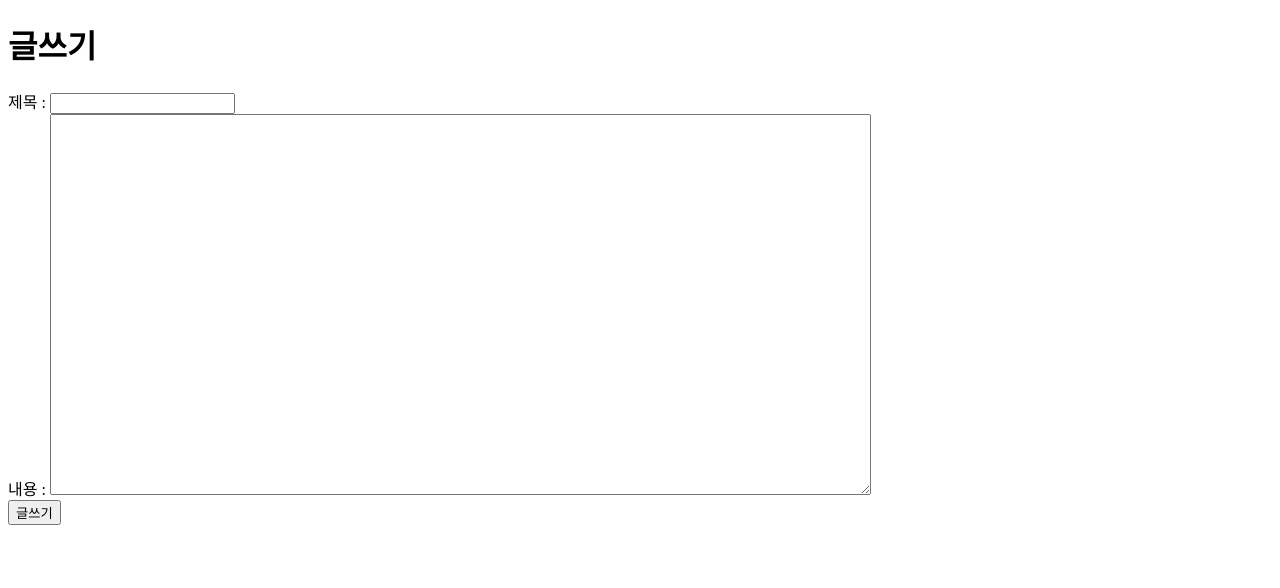
Repository: Bigdog93/WebworkspacePT
Page: http://localhost/BoardVer3/write
These files come from the project's save history. The page is drawn as it stood at one moment and after the next save; the edit follows.
The browser window is 1280 px wide. The pictures show the whole page.
The page is served by Tomcat 9.

Above is the page before, as saved 2021-04-28 01:39:09.

After the next save:
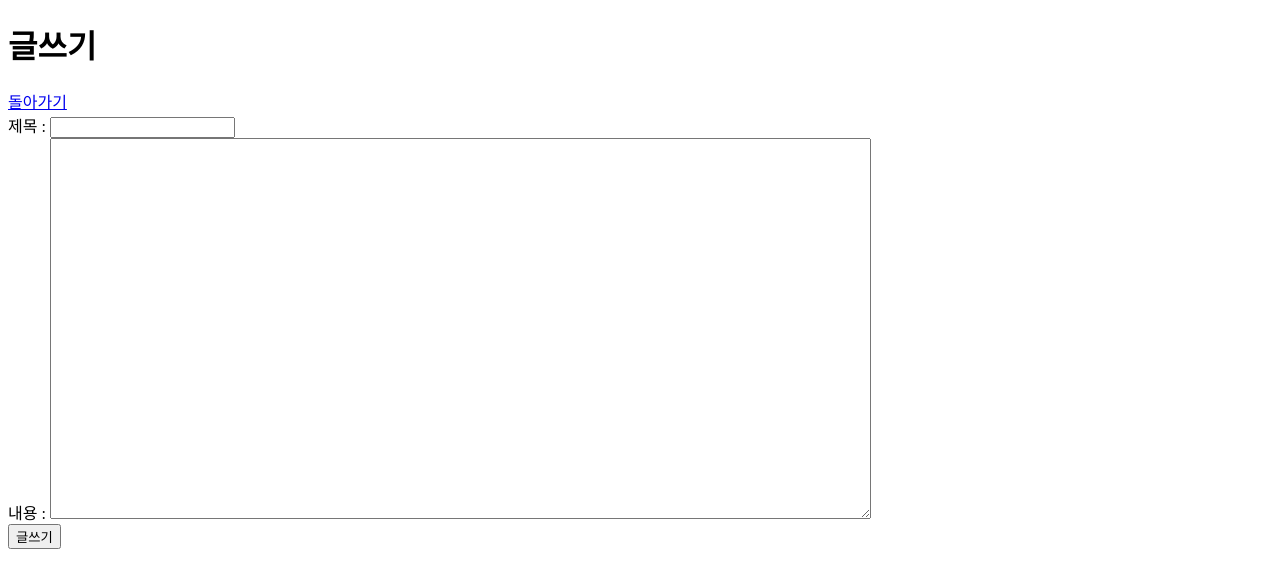
Saved 3 min 7 s later.
--- a/WebWorkSpace/BoardVer3/src/main/webapp/WEB-INF/jsp/write.jsp
+++ b/WebWorkSpace/BoardVer3/src/main/webapp/WEB-INF/jsp/write.jsp
@@ -8,6 +8,7 @@
 </head>
 <body>
 	<h1>글쓰기</h1>
+	<a href="/list">돌아가기</a>
 	<form action="/write" method="post">
 		<div>
 			제목 : <input type="text" name="title">
